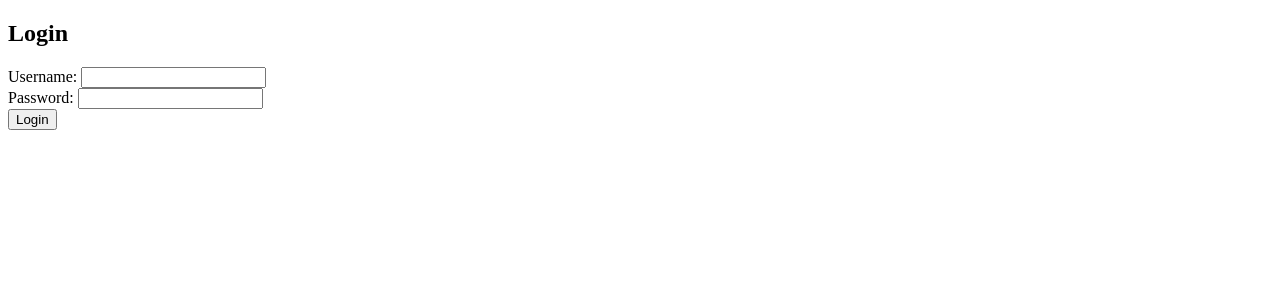
Repository: dinhtanloc/hw_web_development
Page: /login (app in hw3-multi_page/react_prj/)
An editor plug-in stored every save of this project. The page is shown before and after the next save, followed by the edit.
The browser window is 1280 px wide. The pictures show the whole page.
The project was rebuilt for these pictures with package versions that can differ from the ones it lists, and the page was loaded fresh each time. Also part of the build but not shown: hw3-multi_page/react_prj/vite.config.js, hw3-multi_page/react_prj/src/home/Home.jsx.

Above is the page before, as saved 2024-03-19 22:47:05.

After the next save:
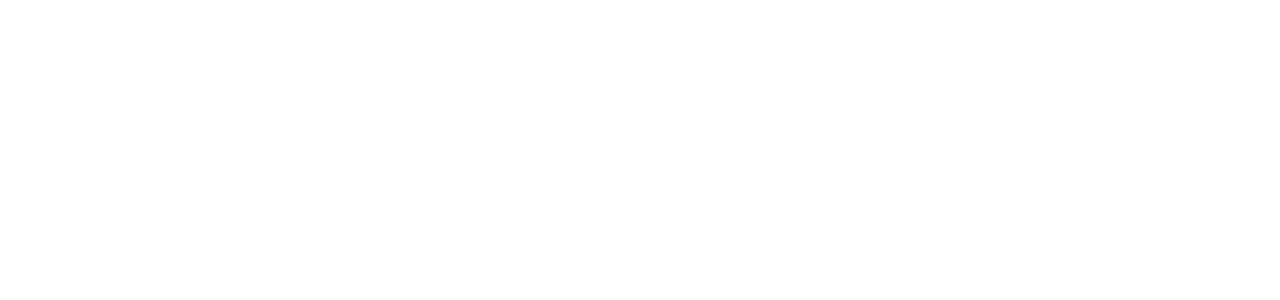
Console error (its wording comes from the project's code and is left out).
Saved 108 s later.
--- a/hw3-multi_page/react_prj/src/login/LoginPage.jsx
+++ b/hw3-multi_page/react_prj/src/login/LoginPage.jsx
@@ -31,7 +31,7 @@
                     <label>Password: </label>
                     <input type="password" value={password} onChange={e => setPassword(e.target.value)} />
                 </div>
-                <button type="submit">Login</button>
+                <input type="submit">Login</input>
             </form>
     </div>
 

After the save that followed:
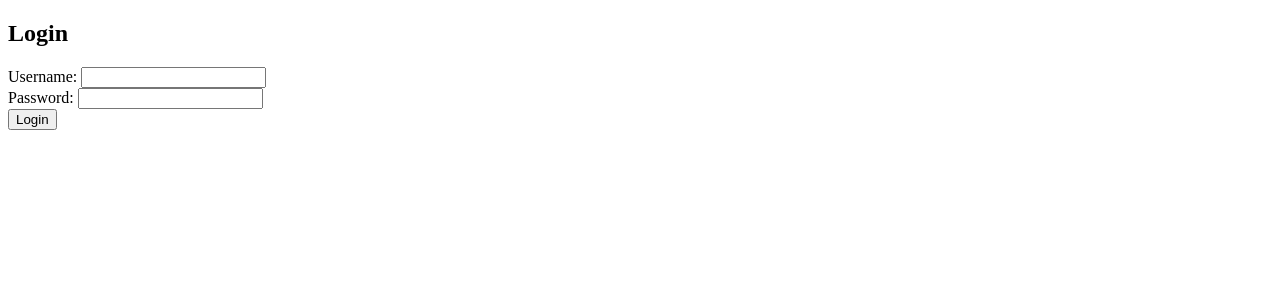
The error is gone.
Saved 100 s later.
--- a/hw3-multi_page/react_prj/src/login/LoginPage.jsx
+++ b/hw3-multi_page/react_prj/src/login/LoginPage.jsx
@@ -31,7 +31,7 @@
                     <label>Password: </label>
                     <input type="password" value={password} onChange={e => setPassword(e.target.value)} />
                 </div>
-                <input type="submit">Login</input>
+                <input type="submit" value={'Login'}></input>
             </form>
     </div>
 
